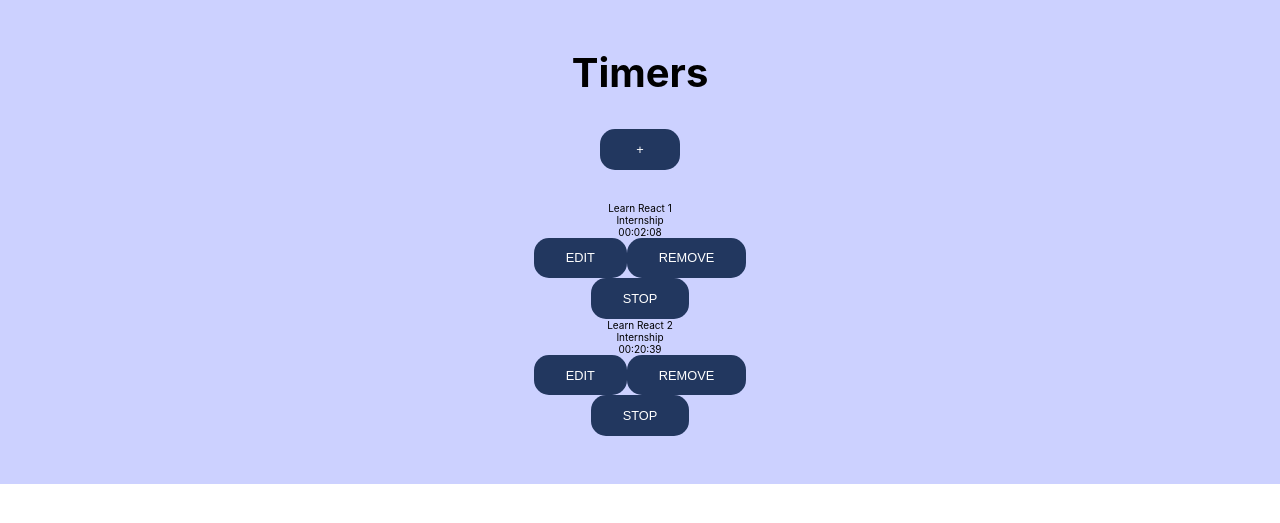
Repository: dqhuy153/react-timer
Page: /
The author's editor kept a copy of each file at every save. The page is drawn from the files as they stood at one save, then again after a run of saves.
The browser window is 1280 px wide. The pictures show the whole page.
The project was rebuilt for these pictures with package versions that can differ from the ones it lists, and the page was loaded fresh each time. Also part of the build but not shown: src/components/TimerForm/index.jsx.

Above is the page before, as saved 2021-10-26 15:46:52.

After the next 5 saves:
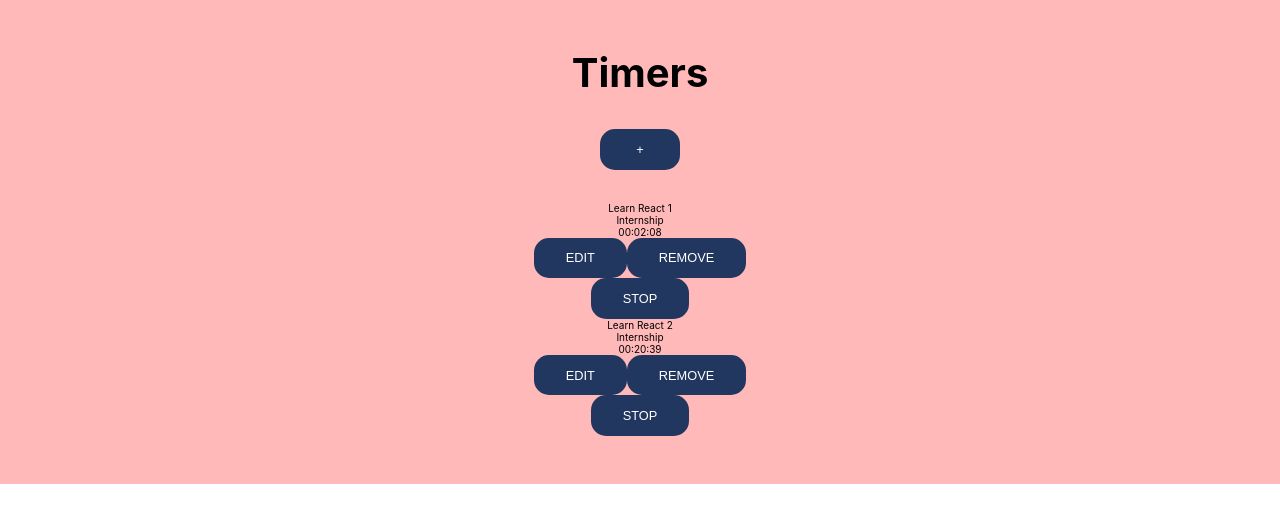
The 5 saves are shown as one change because they came seconds apart.
The last was saved 28 s later.
--- a/src/App.scss
+++ b/src/App.scss
@@ -1,7 +1,7 @@
 .App {
   text-align: center;
   padding: 3rem 0;
-  background: rgb(204, 209, 255);
+  background: rgb(255, 185, 185);
 
   h1 {
     font-size: 2.5rem;
